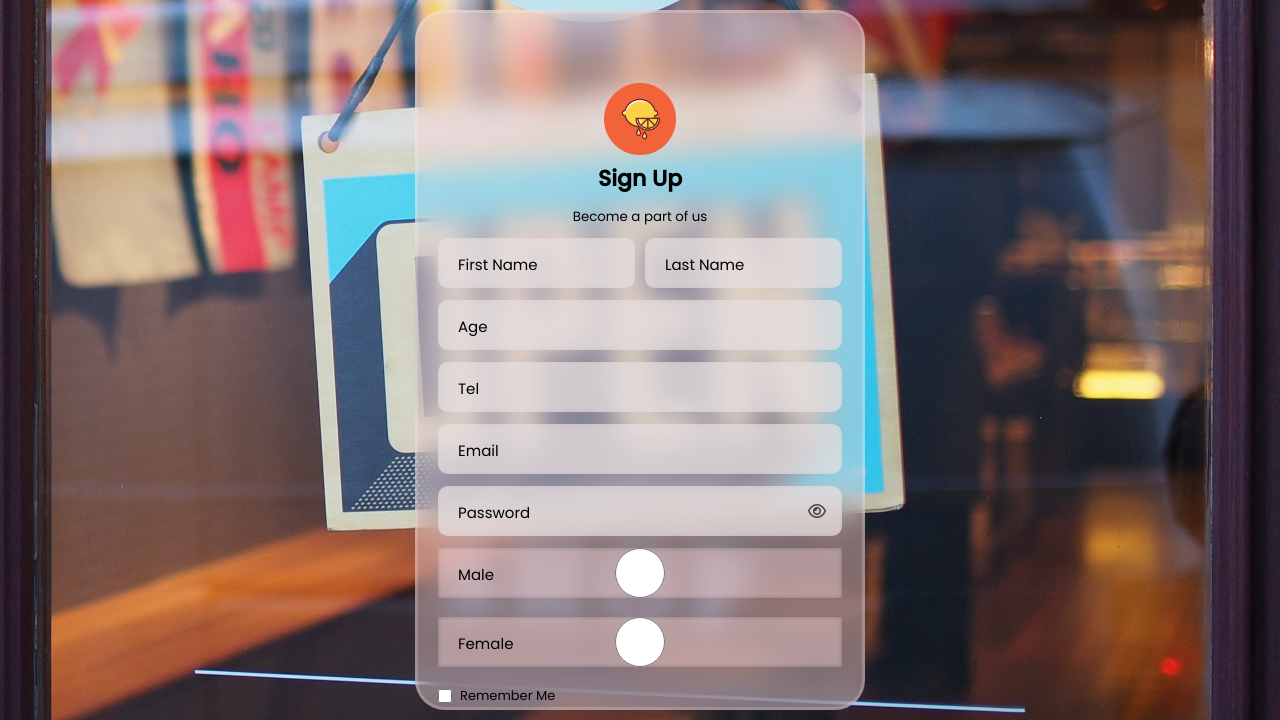
Repository: MauDucKG/BigFarm
Page: http://localhost/BigFarm/views/main/register/index.php?page=main&controller=register&action=submit
An editor plug-in stored every save of this project. The page is shown before and after the next save, followed by the edit.
The browser window is 1280 px wide. The pictures show the whole page.
Some web libraries are served in a nearby version. The page is run by PHP 8.4 with error messages shown; the project is at /var/www/html/.

Above is the page before, as saved 2023-04-26 22:28:32.

### views/main/register/index.php
<!DOCTYPE html>
<html lang="en">

<head>
	<meta charset="utf-8">
	<meta name="viewport" content="width=device-width, initial-scale=1">
	<title>Register</title>
	<!-- <link href="https://cdn.jsdelivr.net/npm/bootstrap@5.2.2/dist/css/bootstrap.min.css" rel="stylesheet" integrity="sha384-Zenh87qX5JnK2Jl0vWa8Ck2rdkQ2Bzep5IDxbcnCeuOxjzrPF/et3URy9Bv1WTRi" crossorigin="anonymous"> -->
	<link rel="stylesheet" href="assets/stylesheets/register.css">
    <script src="https://kit.fontawesome.com/4ccf3877a2.js" crossorigin="anonymous"></script>
    <!-- <style>
        @import url('https://fonts.googleapis.com/css2?family=Poppins:wght@400;500&display=swap');
body{
    background: url("https://images.unsplash.com/photo-1472851294608-062f824d29cc?ixlib=rb-4.0.3&ixid=MnwxMjA3fDB8MHxwaG90by1wYWdlfHx8fGVufDB8fHx8&auto=format&fit=crop&w=2304&q=80");
    background-size: cover;
    background-position: center;
    background-repeat: no-repeat;
    background-attachment: fixed;
}
*{
    margin: 0;
    padding: 0;
    box-sizing: border-box;
    font-family: 'Poppins',sans-serif;
}
.wrapper{
    display: flex;
    justify-content: center;
    align-items: center;
    min-height: 100vh;
    width: 100%;
}
.box{
    display: flex;
    flex-direction: row;
    position: relative;
    padding: 60px 20px 30px 20px;
    height: 700px;
    width: 450px;
    background-color: rgba(255, 220, 220, 0.4);
    border-radius: 30px;
    -webkit-backdrop-filter: blur(15px);
    backdrop-filter: blur(15px);
    border: 3px solid rgba(255, 255, 255, 0.2);
    overflow: hidden;
}
.box-register{
    position: absolute;
    width: 85%;
    right: -350px;
    transition: .5s ease-in-out;
}
.top-header{
    text-align: center;
    margin: 10px auto;
}
.top-header h3{
    font-size: 22px;
    font-weight: 600;
    margin-bottom: 8px;
}
.input-group{
    width: 100%;
}
.input-field{
    width: 100%;
    margin-bottom: 12px;
    position: relative;
}
.input-box{
    width: 100%;
    height: 50px;
    font-size: 15px;
    color: #040404;
    border: none;
    border-radius: 10px;
    padding: 7px 45px 0 20px;
    background: rgba(224, 223, 223, 0.6);
    -webkit-backdrop-filter: blur(2px);
    backdrop-filter: blur(2px);
    outline: none;
}
.input-field label{
    position: absolute;
    left: 20px;
    top: 15px;
    font-size: 15px;
    transition: .3s ease-in-out;
}
.input-box:focus ~ label,.input-box:valid ~ label{
    top: 2px;
    font-size: 10px;
    color: #c12828;
    font-weight: 500;
}
.eye-area{
    position: absolute;
    top: 25px;
    right: 25px;
}
.eye-box{
    display: flex;
    justify-content: center;
    align-items: center;
    position: relative;
}
i{
    position: absolute;
    color: #444444;
    cursor: pointer;
}
#eye,#eye-2{
    opacity: 1;
}
#eye-slash,#eye-slash-2{
    opacity: 0;
}
.remember{
    display: flex;
    font-size: 13px;
    margin: 12px 0 30px 0;
    color: #000;
}
.check{
    margin-right: 8px;
    width: 14px;
}
.input-submit{
    width: 100%;
    height: 50px;
    font-size: 15px;
    font-weight: 500;
    border: none;
    border-radius: 10px;
    background: #bc6202;
    color: #fff;
    box-shadow: 0px 4px 20px rgba(62, 9, 9, 0.145);
    cursor: pointer;
    transition: .4s;
}
.input-submit:hover{
    background: #db3e00;
    box-shadow: 0px 4px 20px rgba(62, 9, 9, 0.32);
}
#btn{
    position: absolute;
    bottom: 0;
    left: 0;
    width: 145px;
    height: 50px;
    background: #cccccd;
    border-radius: 10px;
    box-shadow: 2px 0px 12px rgba(0, 0, 0, 0.1);
    transition: .5s ease-in-out;
}
.name-box{
    display: flex;
    column-gap: 10px;
}
.name-box .input-box{
    width: 100%;
}
.name-box .input-field{
    width: 100%;
}
    </style> -->
</head>

<body>
    <div class="wrapper">
        <div class="box">
        <form action="index.php?page=main&controller=register&action=submit" method="POST" class="text-right">
            <div class="register-box" id="regUser">
                <div class="top-header">
                    <img src="assets/images/team_logo.png" alt="" width="72" height="72">
                    <h3>Sign Up</h3>
                    <small>Become a part of us</small>
                </div>
                <div class="input-group">
                    <div class="name-box">
                        <div class="input-field">
                            <input type="text" class="input-box" id="fname" name="fmane" required>
                            <label for="regUser">First Name</label>
                        </div>
                        <div class="input-field">
                            <input type="text" class="input-box" id="lname" name="lname" required>
                            <label for="regUser">Last Name</label>
                        </div>
                    </div>
                    <div class="input-field">
                        <input type="text" class="input-box" id="age" name="age" required>
                        <label for="regUser">Age</label>
                    </div>
                    <div class="input-field">
                        <input type="text" class="input-box" id="phone" name="phone" required>
                        <label for="regUser">Tel</label>
                    </div>
                    <div class="input-field">
                        <input type="text" class="input-box" id="email" name="email" required>
                        <label for="regUser">Email</label>
                    </div>
                    <div class="input-field">
                        <input type="password" class="input-box" id="pass" name="pass" required>
                        <label for="regPassword">Password</label>
                         <div class="eye-area">
                                <div class="eye-box" onclick="myRegPassword()">
                                    <i class="fa-regular fa-eye" id="eye-2"></i>
                                    <i class="fa-regular fa-eye-slash" id="eye-slash-2"></i>
                                </div>
                         </div>
                    </div>
                    <div class="gender-box">
                        <div class="input-field">
                            <input type="radio" class="input-box" name="gender" value="1" required>
                            <label>Male</label>
                        </div>
                        <div class="input-field">
                            <input type="radio" class="input-box" name="gender" value="1" required>
                            <label>Female</label>
                        </div>
                    </div>
				</div>
                    <div class="remember">
                        <input type="checkbox" id="formCheck-2" class="check">
                        <label for="formCheck-2">Remember Me</label>
                    </div>
                    <div class="input-field">
                        <input type="submit" class="input-submit" value="Sign Up">
                    </div>
                </div>
          </div>
        </form>
        </div>
    </div>
    <script>
        function myRegPassword(){
            var d = document.getElementById('regPassword');
            var b = document.getElementById("eye-2");
            var c = document.getElementById("eye-slash-2");
            if(d.type === "password"){
                d.type = "text"
                b.style.opacity = "0";
                c.style.opacity = "1";
            }else{
                d.type = "password"
                b.style.opacity = "1";
                c.style.opacity = "0";
            }
        }
    </script>
</body>

</html>

### assets/stylesheets/register.css
@import url('https://fonts.googleapis.com/css2?family=Poppins:wght@400;500&display=swap');
body{
    background: url("/BigFarm/assets/images/mike-petrucci-c9FQyqIECds-unsplash.jpg");
    background-size: cover;
    background-position: center;
    background-repeat: no-repeat;
    background-attachment: fixed;
}
*{
    margin: 0;
    padding: 0;
    box-sizing: border-box;
    font-family: 'Poppins',sans-serif;
}
.wrapper{
    display: flex;
    justify-content: center;
    align-items: center;
    min-height: 100vh;
    width: 100%;
}
.box{
    display: flex;
    flex-direction: row;
    position: relative;
    padding: 60px 20px 30px 20px;
    height: 700px;
    width: 450px;
    background-color: rgba(255, 220, 220, 0.4);
    border-radius: 30px;
    -webkit-backdrop-filter: blur(15px);
    backdrop-filter: blur(15px);
    border: 3px solid rgba(255, 255, 255, 0.2);
    overflow: hidden;
}
.box-register{
    position: absolute;
    width: 85%;
    right: -350px;
    transition: .5s ease-in-out;
}
.top-header{
    text-align: center;
    margin: 10px auto;
}
.top-header h3{
    font-size: 22px;
    font-weight: 600;
    margin-bottom: 8px;
}
.input-group{
    width: 100%;
}
.input-field{
    width: 100%;
    margin-bottom: 12px;
    position: relative;
}
.input-box{
    width: 100%;
    height: 50px;
    font-size: 15px;
    color: #040404;
    border: none;
    border-radius: 10px;
    padding: 7px 45px 0 20px;
    background: rgba(224, 223, 223, 0.6);
    -webkit-backdrop-filter: blur(2px);
    backdrop-filter: blur(2px);
    outline: none;
}
.input-field label{
    position: absolute;
    left: 20px;
    top: 15px;
    font-size: 15px;
    transition: .3s ease-in-out;
}
.input-box:focus ~ label,.input-box:valid ~ label{
    top: 2px;
    font-size: 10px;
    color: #c12828;
    font-weight: 500;
}
.eye-area{
    position: absolute;
    top: 25px;
    right: 25px;
}
.eye-box{
    display: flex;
    justify-content: center;
    align-items: center;
    position: relative;
}
i{
    position: absolute;
    color: #444444;
    cursor: pointer;
}
#eye,#eye-2{
    opacity: 1;
}
#eye-slash,#eye-slash-2{
    opacity: 0;
}
.remember{
    display: flex;
    font-size: 13px;
    margin: 12px 0 30px 0;
    color: #000;
}
.check{
    margin-right: 8px;
    width: 14px;
}
.input-submit{
    width: 100%;
    height: 50px;
    font-size: 15px;
    font-weight: 500;
    border: none;
    border-radius: 10px;
    background: #bc6202;
    color: #fff;
    box-shadow: 0px 4px 20px rgba(62, 9, 9, 0.145);
    cursor: pointer;
    transition: .4s;
}
.input-submit:hover{
    background: #db3e00;
    box-shadow: 0px 4px 20px rgba(62, 9, 9, 0.32);
}
#btn{
    position: absolute;
    bottom: 0;
    left: 0;
    width: 145px;
    height: 50px;
    background: #cccccd;
    border-radius: 10px;
    box-shadow: 2px 0px 12px rgba(0, 0, 0, 0.1);
    transition: .5s ease-in-out;
}
.name-box{
    display: flex;
    column-gap: 10px;
}
.name-box .input-box{
    width: 100%;
}
.name-box .input-field{
    width: 100%;
}

.name-box{
    display: flex;
    column-gap: 10px;
}
.name-box .input-box{
    width: 100%;
}
.name-box .input-field{
    width: 100%;
}

After the next save:
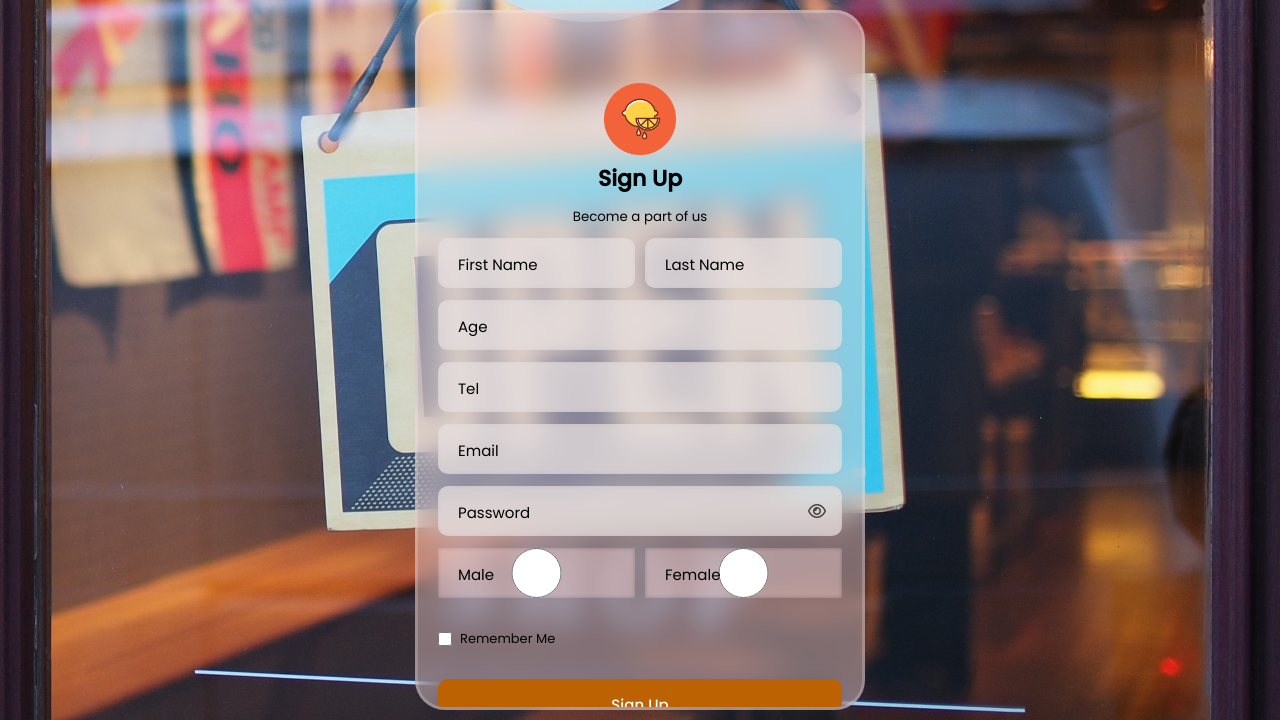
Saved 11 s later.
--- a/assets/stylesheets/register.css
+++ b/assets/stylesheets/register.css
@@ -153,13 +153,13 @@ i{
     width: 100%;
 }
 
-.name-box{
+.gender-box{
     display: flex;
     column-gap: 10px;
 }
-.name-box .input-box{
+.gender-box .input-box{
     width: 100%;
 }
-.name-box .input-field{
+.gender-box .input-field{
     width: 100%;
 }
